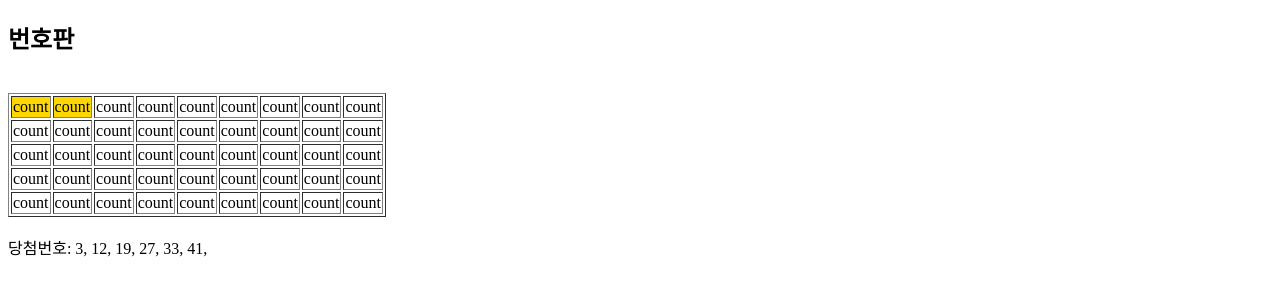
Repository: lhk21go-commits/Jsp2026
Page: http://localhost/chapter01/example_lotto.jsp
An editor plug-in stored every save of this project. The page is shown before and after the next save, followed by the edit.
The browser window is 1280 px wide. The pictures show the whole page.
The page is served by Tomcat 9.

Above is the page before, as saved 2026-10-16 07:44:36.

### chapter01/src/main/webapp/example_lotto.jsp
<%@ page language="java" contentType="text/html; charset=UTF-8"
    pageEncoding="UTF-8" import="java.util.*"%>
<!DOCTYPE html>
<html>
<head>
<meta charset="UTF-8">
<title>Insert title here</title>
</head>
<body>

	<h2>번호판</h2>
	<br/>
	<%! int count = 1;
		int[] winNums = {3,12,19,27,33,41};
		boolean result = false;
		public boolean isWinning(int num){
			for(int i=0;i<winNums.length; i++){
				if(winNums[i] == num){
					result = true;
				}
			}
			return result;
		};
	%>
	<table border="1">
	<% count = 1;
		for(int i=1; i<=5; i++){	%>
		<tr>
			<%	for(int j=1; j<=9; j++){	%>
			<td style= background-color:<%=isWinning(count) ? "" : "gold" %>>count</td>
			<% count++;
			}; %>
		</tr>
		<%}; %>
	</table>
	<br/>
	<span>당첨번호:</span>
		<% for(int i=0; i<winNums.length; i++){
				out.print(winNums[i] + ", ");
			};
		%>


</body>
</html>

After the next save:
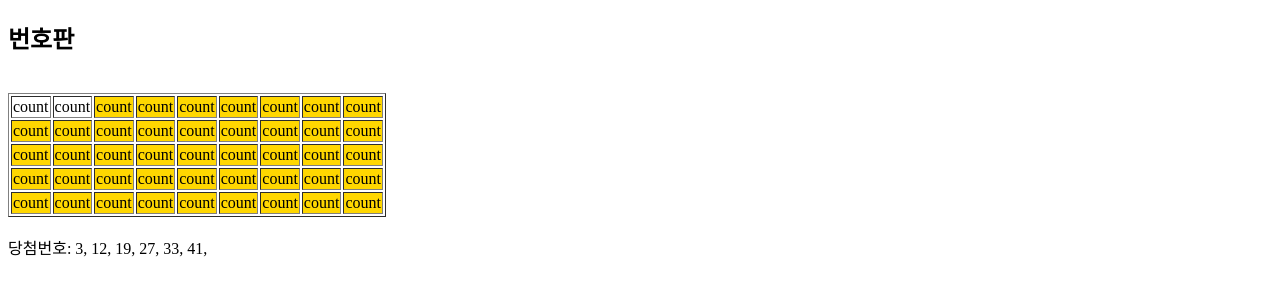
Saved 64 s later.
--- a/chapter01/src/main/webapp/example_lotto.jsp
+++ b/chapter01/src/main/webapp/example_lotto.jsp
@@ -27,7 +27,7 @@
 		for(int i=1; i<=5; i++){	%>
 		<tr>
 			<%	for(int j=1; j<=9; j++){	%>
-			<td style= background-color:<%=isWinning(count) ? "" : "gold" %>>count</td>
+			<td style= background-color:<%=isWinning(count) ? "gold" : "" %>>count</td>
 			<% count++;
 			}; %>
 		</tr>
